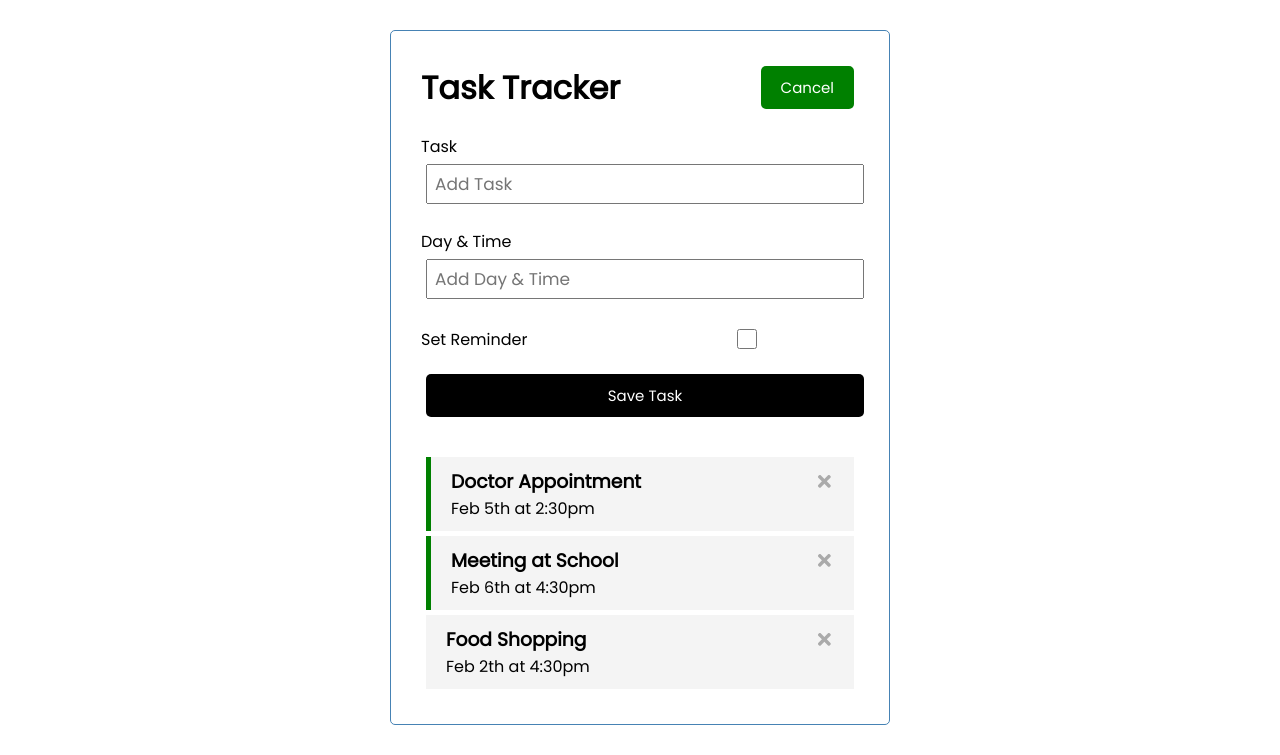
Repository: kate30980/task-tracker-reactjs
Page: /
These files come from the project's save history. The page is drawn as it stood at one moment and after the next save; the edit follows.
The browser window is 1280 px wide. The pictures show the whole page.
The project was rebuilt for these pictures with package versions that can differ from the ones it lists, and the page was loaded fresh each time.

Above is the page before, as saved 2021-09-19 21:20:38.

### public/index.html
<!DOCTYPE html>
<html lang="en">

<head>
  <meta charset="utf-8" />
  <link rel="icon" href="%PUBLIC_URL%/favicon.ico" />
  <meta name="viewport" content="width=device-width, initial-scale=1" />
  <meta name="theme-color" content="#000000" />
  <meta name="description" content="Web site created using create-react-app" />
  <link rel="apple-touch-icon" href="%PUBLIC_URL%/logo192.png" />
  <!--
      manifest.json provides metadata used when your web app is installed on a
      user's mobile device or desktop. See https://developers.google.com/web/fundamentals/web-app-manifest/
    -->
  <link rel="manifest" href="%PUBLIC_URL%/manifest.json" />
  <!--
      Notice the use of %PUBLIC_URL% in the tags above.
      It will be replaced with the URL of the `public` folder during the build.
      Only files inside the `public` folder can be referenced from the HTML.

      Unlike "/favicon.ico" or "favicon.ico", "%PUBLIC_URL%/favicon.ico" will
      work correctly both with client-side routing and a non-root public URL.
      Learn how to configure a non-root public URL by running `npm run build`.
    -->
  <title>Task Tracker</title>
</head>

<body>
  <noscript>You need to enable JavaScript to run this app.</noscript>
  <div id="root"></div>
  <!--
      This HTML file is a template.
      If you open it directly in the browser, you will see an empty page.

      You can add webfonts, meta tags, or analytics to this file.
      The build step will place the bundled scripts into the <body> tag.

      To begin the development, run `npm start` or `yarn start`.
      To create a production bundle, use `npm run build` or `yarn build`.
    -->
</body>

</html>

### src/index.css
@import url('https://fonts.googleapis.com/css2?family=Poppins:wght@300;400&display=swap');

* {
  box-sizing: border-box;
  margin: 0;
  padding: 0;
}

body {
  font-family: 'Poppins', sans-serif;
}

.container {
  max-width: 500px;
  margin: 30px auto;
  overflow: auto;
  min-height: 300px;
  border: 1px solid steelblue;
  padding: 30px;
  border-radius: 5px;
}

.header {
  display: flex;
  justify-content: space-between;
  align-items: center;
  margin-bottom: 20px;
}

.btn {
  display: inline-block;
  background: #000;
  color: #fff;
  border: none;
  padding: 10px 20px;
  margin: 5px;
  border-radius: 5px;
  cursor: pointer;
  text-decoration: none;
  font-size: 15px;
  font-family: inherit;
}

.btn:focus {
  outline: none;
}

.btn:active {
  transform: scale(0.98);
}

.btn-block {
  display: block;
  width: 100%;
}

.task {
  background: #f4f4f4;
  margin: 5px;
  padding: 10px 20px;
  cursor: pointer;
}

.task.reminder {
  border-left: 5px solid green;
}

.task h3 {
  display: flex;
  align-items: center;
  justify-content: space-between;
}

.add-form {
  margin-bottom: 40px;
}

.form-control {
  margin: 20px 0;
}

.form-control label {
  display: block;
}

.form-control input {
  width: 100%;
  height: 40px;
  margin: 5px;
  padding: 3px 7px;
  font-size: 17px;
  font-family: inherit;
}

.form-control-check {
  display: flex;
  align-items: center;
  justify-content: space-between;
}

.form-control-check label {
  flex: 1;
}

.form-control-check input {
  flex: 1;
  height: 20px;
}

footer {
  margin-top: 30px;
  text-align: center;
}

### src/App.js
import { useState } from "react";
import Header from "./components/Header";
import Tasks from "./components/Tasks";
import AddTask from "./components/AddTask";

function App() {
  const [showAddTask, setShowAddTask] = useState(true);
  const [tasks, setTasks] = useState([
    {
      id: 1,
      text: "Doctor Appointment",
      day: "Feb 5th at 2:30pm",
      reminder: true,
    },
    {
      id: 2,
      text: "Meeting at School",
      day: "Feb 6th at 4:30pm",
      reminder: true,
    },
    {
      id: 3,
      text: "Food Shopping",
      day: "Feb 2th at 4:30pm",
      reminder: false,
    },
  ]);

  //Add Task
  const addTask = (task) => {
    const id = Math.floor(Math.random() * 10000) + 1;
    const newTask = { id, ...task };
    setTasks([...tasks, newTask]);
  };

  // Delete tasks
  const deleteTask = (id) => {
    setTasks(tasks.filter((task) => task.id !== id));
  };

  //Toogle reminder
  const toggleReminder = (id) => {
    setTasks(
      tasks.map((task) =>
        task.id === id ? { ...task, reminder: !task.reminder } : task
      )
    );
  };

  return (
    <div className="container">
      <Header
        onAdd={() => setShowAddTask(!showAddTask)}
        showAdd={showAddTask}
      />
      {showAddTask && <AddTask onAdd={addTask} />}
      {tasks.length > 0 ? (
        <Tasks tasks={tasks} onDelete={deleteTask} onToggle={toggleReminder} />
      ) : (
        "No Tasks To Show"
      )}
    </div>
  );
}

export default App;

### src/components/Header.js
import PropTypes from "prop-types";
import Button from "./Button";

const Header = ({ title, onAdd, showAdd }) => {
  return (
    <header className="header">
      <h1>{title}</h1>
      <Button color="green" text={showAdd ? "Cancel" : "Add"} onClick={onAdd} />
    </header>
  );
};

Header.defaultProps = {
  title: "Task Tracker",
};

Header.propTypes = {
  title: PropTypes.string.isRequired,
};

export default Header;

### src/components/AddTask.js
import { useState } from "react";

const AddTask = ({ onAdd }) => {
  const [text, setText] = useState("");
  const [day, setDay] = useState("");
  const [reminder, setReminder] = useState(false);

  const onSubmit = (e) => {
    e.preventDefault();

    if (!text) {
      alert("Please add a task");
      return;
    }

    onAdd({ text, day, reminder });

    setText("");
    setDay("");
    setReminder(false);
  };

  return (
    <form className="add-form" onSubmit={onSubmit}>
      <div className="form-control">
        <label>Task</label>
        <input
          type="text"
          placeholder="Add Task"
          value={text}
          onChange={(e) => setText(e.target.value)}
        />
      </div>
      <div className="form-control">
        <label>Day & Time</label>
        <input
          type="text"
          placeholder="Add Day & Time"
          value={day}
          onChange={(e) => setDay(e.target.value)}
        />
      </div>
      <div className="form-control form-control-check">
        <label>Set Reminder</label>
        <input
          type="checkbox"
          checked={reminder}
          value={reminder}
          onChange={(e) => setReminder(e.currentTarget.checked)}
        />
      </div>

      <input type="submit" value="Save Task" className="btn btn-block" />
    </form>
  );
};

export default AddTask;

### src/components/Task.js
import { FaTimes } from "react-icons/fa";

const Task = ({ task, onDelete, onToggle }) => {
  return (
    <div
      className={`task ${task.reminder ? "reminder" : ""}`}
      onDoubleClick={() => onToggle(task.id)}
    >
      <h3>
        {task.text}{" "}
        <FaTimes
          style={{ color: "#aaa", cursor: "pointer" }}
          onClick={() => onDelete(task.id)}
        />
      </h3>
      <p>{task.day}</p>
    </div>
  );
};

export default Task;

Loaded but not shown: src/index.js (common file); src/reportWebVitals.js (common file); src/components/Tasks.js (common file); src/components/Button.js (common file)

After the next save:
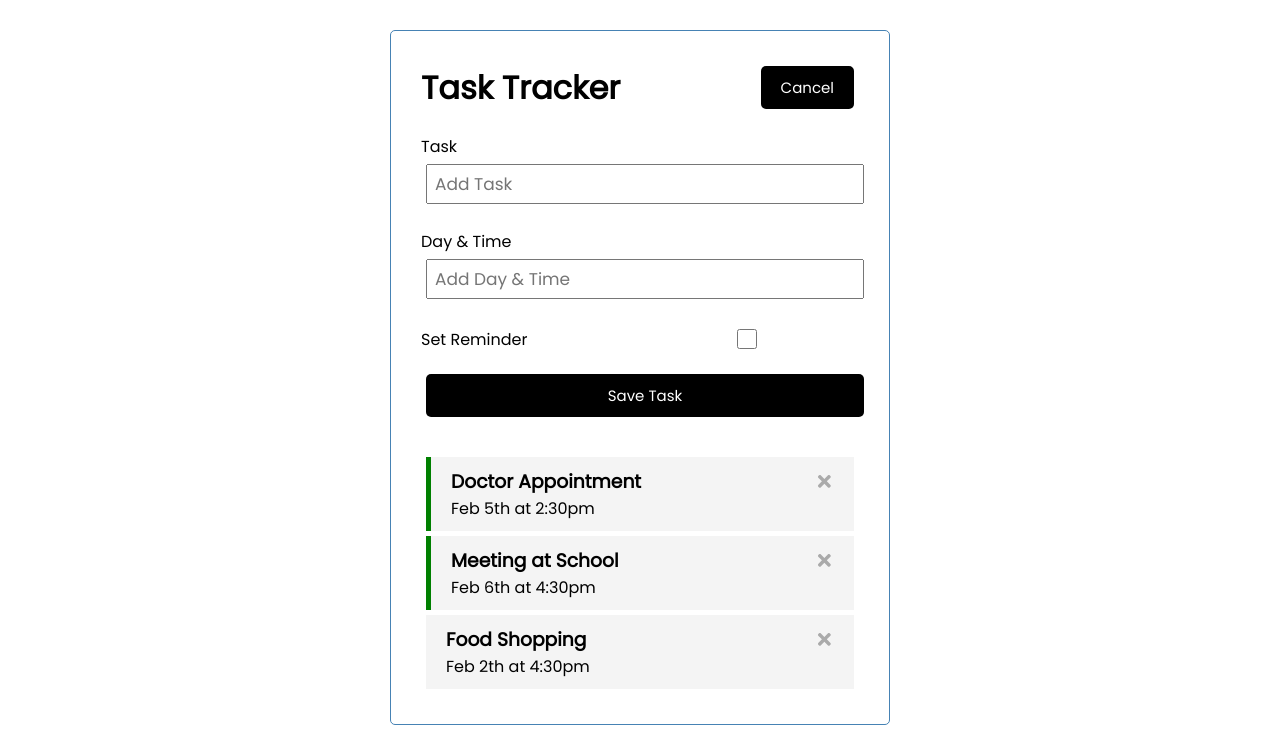
Saved 29 s later.
--- a/src/components/Header.js
+++ b/src/components/Header.js
@@ -5,7 +5,11 @@
   return (
     <header className="header">
       <h1>{title}</h1>
-      <Button color="green" text={showAdd ? "Cancel" : "Add"} onClick={onAdd} />
+      <Button
+        color={showAdd ? "primary" : "red"}
+        text={showAdd ? "Cancel" : "Add"}
+        onClick={onAdd}
+      />
     </header>
   );
 };

After the save that followed:
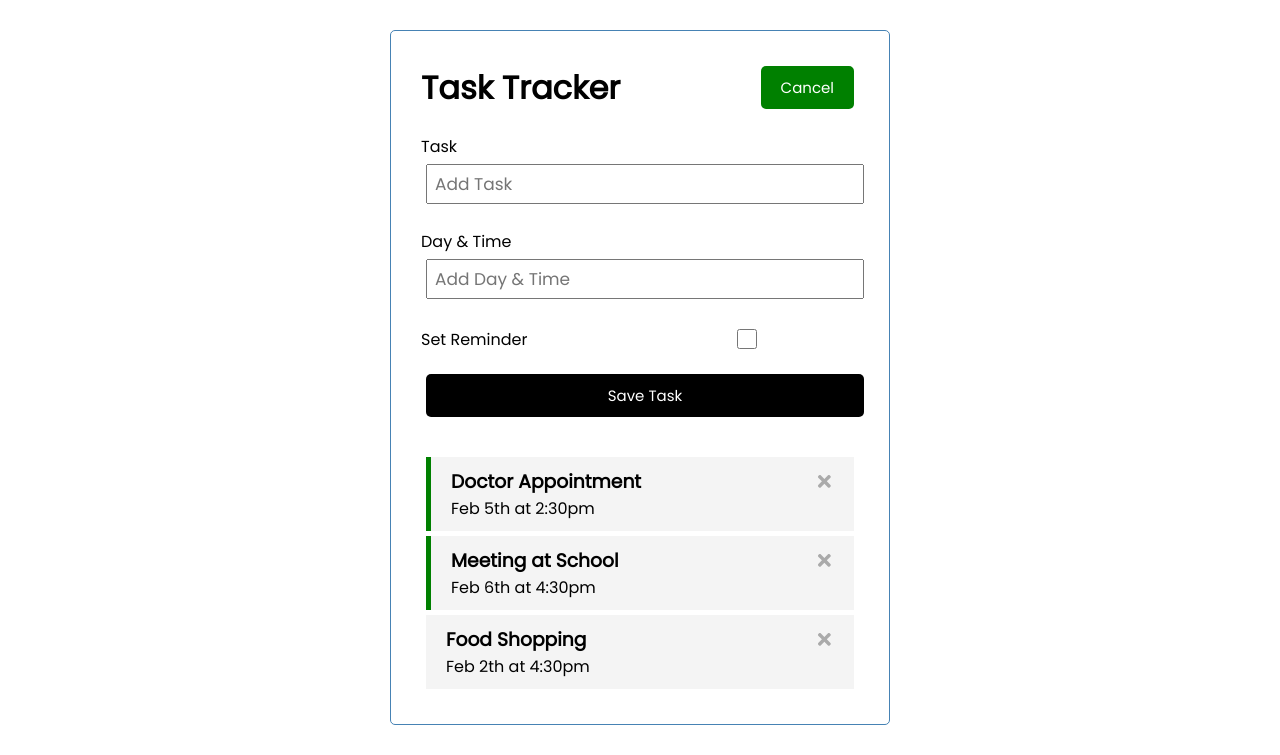
Saved 7 s later.
--- a/src/components/Header.js
+++ b/src/components/Header.js
@@ -6,7 +6,7 @@
     <header className="header">
       <h1>{title}</h1>
       <Button
-        color={showAdd ? "primary" : "red"}
+        color={showAdd ? "green" : "red"}
         text={showAdd ? "Cancel" : "Add"}
         onClick={onAdd}
       />
